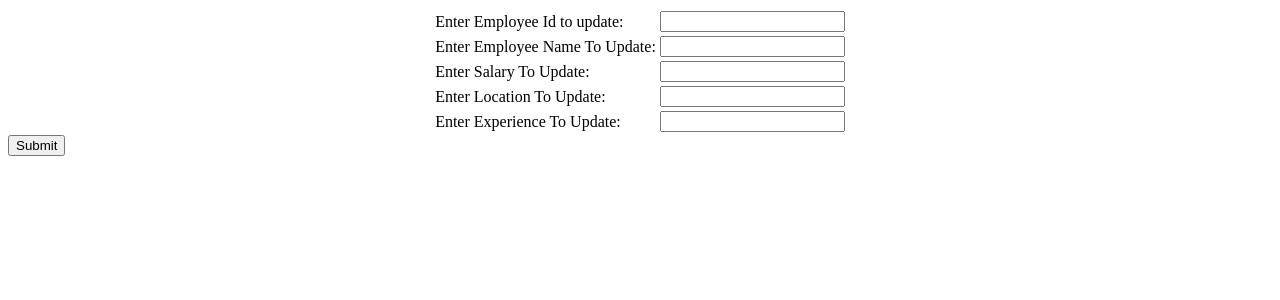
Repository: mounikagunda/corejavaproject
Page: http://localhost/projectjsp1/Update.jsp
The author's editor kept a copy of each file at every save. The page is drawn from the files as they stood at one save, then again after the next save.
The browser window is 1280 px wide. The pictures show the whole page.
The page is served by Tomcat 9. Other server files are loaded and not shown.

Above is the page before, as saved 2016-12-21 06:31:18.

### projectjsp1/WebContent/Update.jsp
<%@ page language="java" contentType="text/html; charset=ISO-8859-1"
    pageEncoding="ISO-8859-1"%>
<!DOCTYPE html PUBLIC "-//W3C//DTD HTML 4.01 Transitional//EN" "http://www.w3.org/TR/html4/loose.dtd">
<html>
<head>
<meta http-equiv="Content-Type" content="text/html; charset=ISO-8859-1">
<title>Insert title here</title>
</head>
<body>
<form action="Update" method="post">
<table align="center">

<tr>
      <td>Enter Employee Id to update:</td>
      <td><input type="text" name="employeeId" /></td>
    </tr>

    <tr>
      <td>Enter Employee Name To Update:</td>
      <td><input type="text" name="employeeName" /></td>
    </tr>

     <tr>
      <td>Enter Salary To Update:</td>
      <td><input type="number" name="employeeSalary" /></td>
    </tr>
     <tr>
      <td>Enter Location To Update:</td>
      <td><input type="text" name="employeeLocation" /></td>
    </tr>
    <tr>
      <td>Enter Experience To Update:</td>
      <td><input type="number" name="employeeExp" /></td>
    </tr>
   <!-- <tr>
    <td>Enter Loan to Update:</td>
    <td><input type="number" name="employeeLoan"/></td>
    </tr> -->
</table>
<input type="submit" value="Submit">
</form>
</body>
</html>

After the next save:
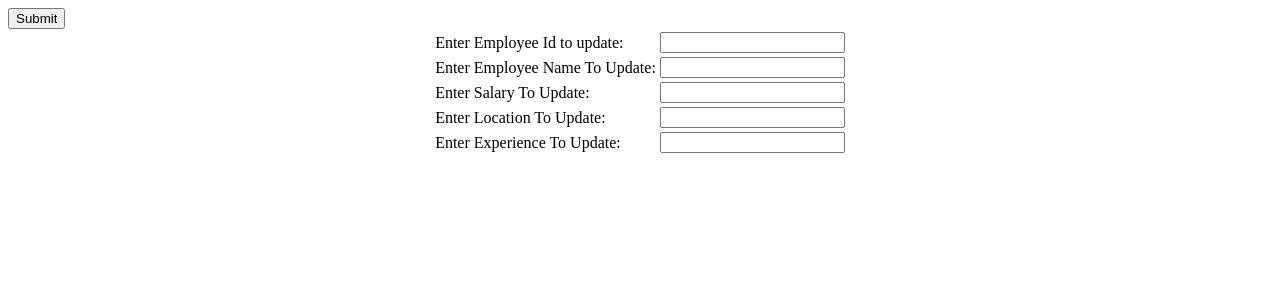
Saved 2 min 43 s later.
--- a/projectjsp1/WebContent/Update.jsp
+++ b/projectjsp1/WebContent/Update.jsp
@@ -36,8 +36,9 @@
     <td>Enter Loan to Update:</td>
     <td><input type="number" name="employeeLoan"/></td>
     </tr> -->
+
+<input type="submit" value="Submit">
 </table>
-<input type="submit" value="Submit">
 </form>
 </body>
 </html>
